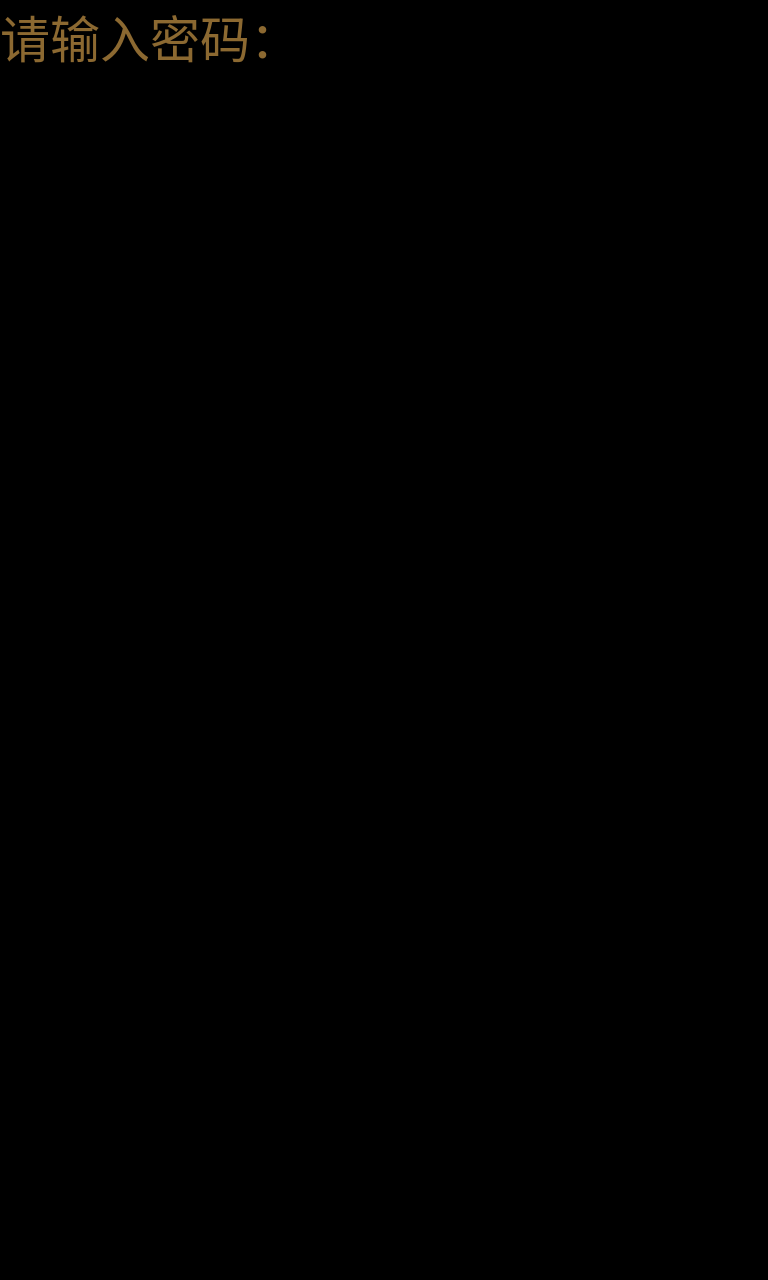
Repository: GuangmingChan/DevelopAndroidApp
Layout: demoButton/res/layout/main.xml
The author's editor kept a copy of each file at every save. The layout is drawn from the files as they stood at one save, then again after the next save.
It is drawn on a 768 x 1280 px phone screen (xhdpi) without system bars, with theme android:Theme.Holo; the app's code is not run.

Above is the layout before, as saved 2017-03-09 14:31:48.

### demoButton/res/layout/main.xml
<?xml version="1.0" encoding="utf-8"?>
<RelativeLayout xmlns:android="http://schemas.android.com/apk/res/android"
    android:layout_width="fill_parent"
    android:layout_height="fill_parent"
    android:orientation="vertical" >

    <TextView
        android:id="@+id/tvlogin"
        android:layout_width="fill_parent"
        android:layout_height="wrap_content"
        android:textSize="25sp"
        android:textColor="#8c6931"
        android:text="请输入密码：" />


    <EditText
        android:id="@+id/edpwd"
        android:layout_width="match_content"
        android:layout_height="wrap_content"
        android:layout_alignParentRight="true"
        android:layout_alignParentTop="true"
        android:layout_marginRight="62dp" >

        <requestFocus />
    </EditText>

</RelativeLayout>

After the next save:
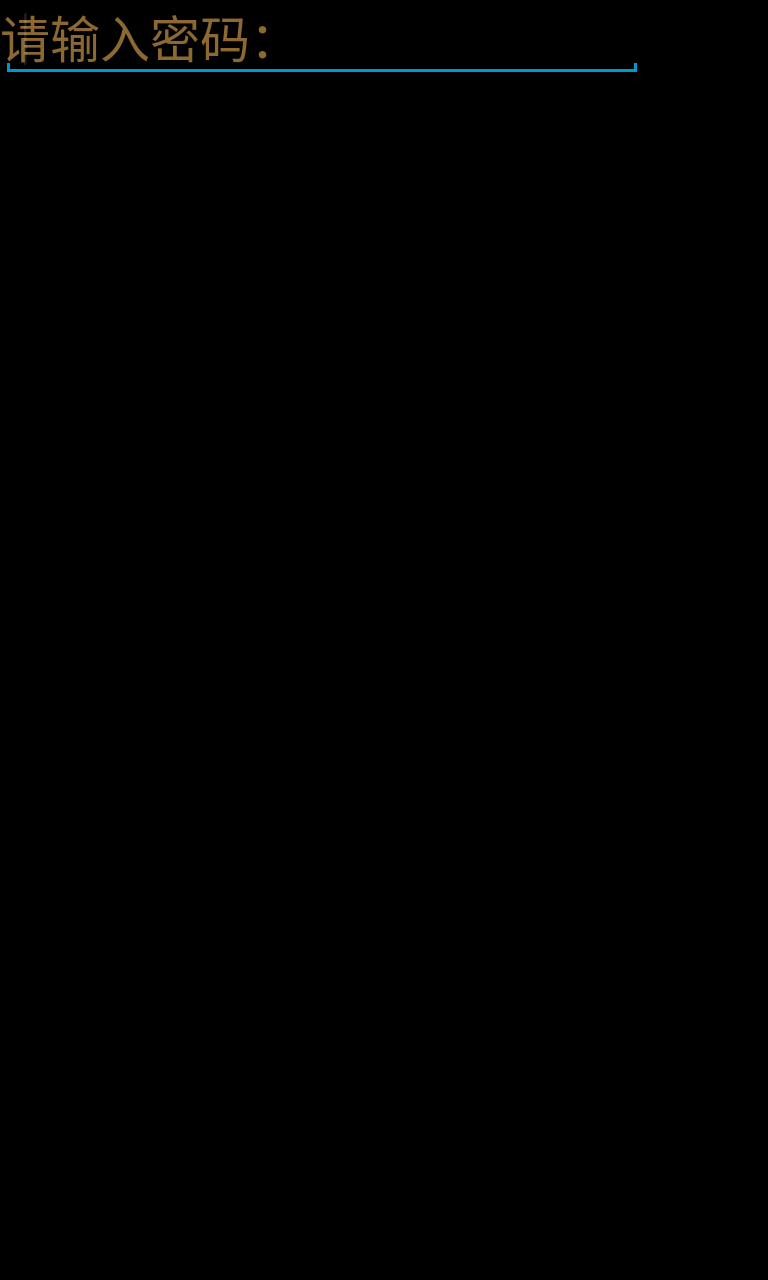
Saved 6 s later.
--- a/demoButton/res/layout/main.xml
+++ b/demoButton/res/layout/main.xml
@@ -15,7 +15,7 @@
 
     <EditText
         android:id="@+id/edpwd"
-        android:layout_width="match_content"
+        android:layout_width="match_parent"
         android:layout_height="wrap_content"
         android:layout_alignParentRight="true"
         android:layout_alignParentTop="true"
